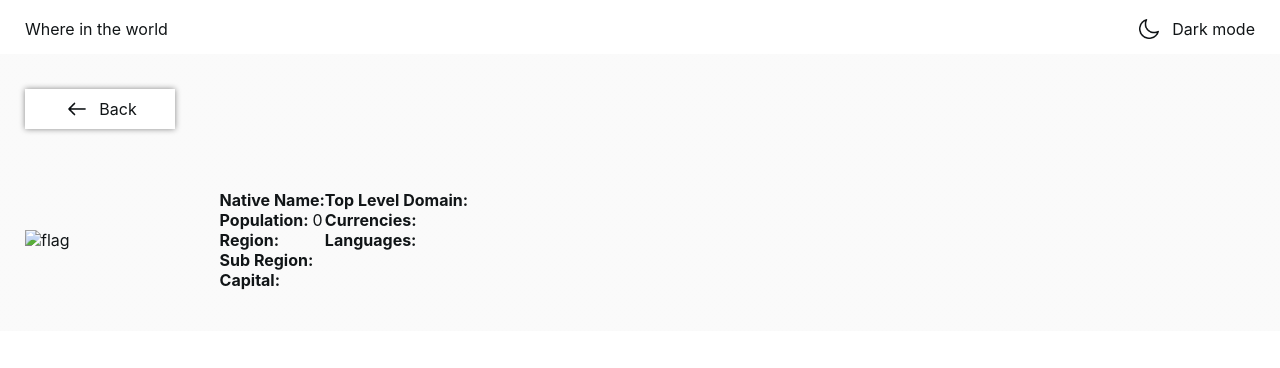
Repository: faithandjs/rest-countries-api
Page: /details
These files come from the project's save history. The page is drawn as it stood at one moment and after the next save; the edit follows.
The browser window is 1280 px wide. The pictures show the whole page.
The page's requests for data from a server got no answer. The project was rebuilt for these pictures with package versions that can differ from the ones it lists, and the page was loaded fresh each time. No one was signed in, and anything a server would have sent is missing. Also part of the build but not shown: src/components/home.tsx.

Above is the page before, as saved 2022-04-16 01:39:28.

### src/App.tsx
import React, {useContext} from 'react';
import Home from './components/home';
import Details from './components/details';
import Nav from './components/nav';
import { Routes, Route } from "react-router-dom"
import Parent, {Wrapper} from './components/parent'

function App() {
  return (
    <div className='app light' style={{height: '100%', width: '100%'}}>
      <Parent>
        <Nav/>
        <Routes >
          <Route path='/' element={<Home/>}/>
          <Route path='details' element={<Details/>}/>
        </Routes>
      </Parent>
    </div>
  );
}

export default App;

### src/components/details.tsx
import React, {useContext} from 'react';
import { useEffect } from 'react';
import { useState } from 'react';
import { Link } from "react-router-dom";
import {Wrapper} from './parent';
import {arrItem, contextType, detailsType} from './type'

//create state that is part of the redux ish that can be updated on click to
//1. change light and dark icons
//3. set paths and alt texts
function Details() {
    const {data, details, currentIcons, settingDetails } = useContext(Wrapper) as contextType
    const [lang, setLang] = useState<any[]>([])

    useEffect(
        ()=>{
            let arr:any[] = []
                Object.entries(details.languages).forEach(([key, value], index) => {
                arr.push(value)
        })
            setLang(arr)
        }, [details]
    )
    const borderClick = (testName:string) => {
        data.map((item )=> {
            if (item.name.common === testName){
                settingDetails(item)
            }
        })
    }
    const borderCheck = () => {
        if (details.borders.length === 0 || details.borders === undefined){
            return null
        }else{
            return(
            <div className='border'>
                <div className='border-title'>border countries: </div>
                <div className='borders'>
                    {details.borders.map((item, index) => {

                    return <div onClick={() => borderClick(item) }>{item }</div>
                        })}
                </div>
            </div>)
        }
    }
    return (
        <div className='details'>
            <Link to='/'><div className='back'><img src={currentIcons.arrow} alt='left arrow, back icon'/> <span>Back</span></div></Link>
            <div className='content'>
                <div className='flag'><img src={details.flag} alt='flag'/></div>
                <div className='moreContent'>
                    <div className='name'>{details.name} </div>
                    <div className='lists'>
                        <ul>
                            <li><span>Native name: </span>{details.nativeName}</li>
                            <li><span>Population: </span>{details.population}</li>
                            <li><span>region: </span>{details.region}</li>
                            <li><span>sub region: </span>{details.subRegion}</li>
                            <li><span>capital: </span>{details.capital}</li>
                        </ul>
                        <ul>
                            <li><span>top level domain: </span>{details.tld}</li>
                            <li><span>currencies: </span>{details.currencies.map((item, index) => {
                                    if(index === 0){
                                        return `${item}`
                                    }else{
                                        return `, ${item}`
                                    }
                                })}</li>
                            <li><span>languages: </span>
                                {lang.map((item, index) => {
                                    if(index === 0){
                                        return `${item}`
                                    }else{
                                        return `, ${item}`
                                    }
                                })}
                            </li>

                        </ul>
                    </div>
                    {borderCheck()}
                </div>
            </div>
        </div>
    );
}

export default Details;

### src/components/nav.tsx
import React, {useContext} from 'react';
import {Wrapper} from './parent';
import {contextType, currentIconsType} from './type'

function Nav() {
    const { currentIcons, changeClasses } = useContext(Wrapper) as contextType
//console.log(currentIcons)
    return (
        <div className='navbar'>
            <div>Where in the world</div>
            <div onClick={() => changeClasses()} className='mode-box'>
                <img src={currentIcons.src} alt='mode icon' />
                <span>Dark mode</span>
            </div>
        </div>
    );
}

export default Nav;

### src/components/parent.tsx
import React, { createContext, useRef, useState, useEffect, useMemo, Props, ClassAttributes } from 'react';
import arrowWhite from './images/next.png'
import arrowBlack from './images/next (1).png'
import mode from './images/sleep-mode (1).png'
import modeFill from './images/sleep-mode (2).png'
import {arrItem, contextType, detailsType, items, currentIconsType} from './type'

export const Wrapper = createContext<contextType | null>(null)
const { Provider } = Wrapper
const Parent: React.FC<React.ReactNode> =({children}) => {
    const axios = require('axios').default;
    const [data, setData] = useState<arrItem[]>([])
    const modeIcons = {
        dark: {
            mode: modeFill,
            arrow: arrowWhite,
            text: 'Dark Mode'
        },
        light: {
            mode: mode,
            arrow: arrowBlack,
            text: 'Light Mode'
        }
    }
    const [details, setDetails] = useState<detailsType>(
        {
        flag: '',
        name: '',
        nativeName: '',
        population: 0,
        region: '',
        subRegion: '',
        capital: [],
        tld: [],
        currencies: [],
        languages: {},
        borders: []
    })

    const getLSD = localStorage.getItem('countries-data-details')
    const getLS = localStorage.getItem('countries-data')
    const passed = useRef<boolean>(false)
    const passed1 = useRef<boolean>(false)
    const native = useRef<string>('')
    const currency = useRef<string[]>([])
    const [currentIcons, setCurrentIcons] = useState<currentIconsType>({
        src: modeIcons.light.mode,
        arrow: modeIcons.light.arrow,
        text:  modeIcons.light.text
    })
    const changeClasses = () => {
        const box = document.querySelector('.app')?.classList
        if(document.querySelector('.light')){
             box?.add('dark')
             box?.remove('light')
             setCurrentIcons({
                src: modeIcons.dark.mode,
                arrow: modeIcons.dark.arrow,
                text:  modeIcons.dark.text
             })
        }else if(document.querySelector('.dark' )){
            setCurrentIcons({
                src: modeIcons.light.mode,
                arrow: modeIcons.light.arrow,
                text:  modeIcons.light.text
             })
            box?.add('light')
            box?.remove('dark')
        }
     }
    const settingDetails = (obj:arrItem) => {
        data.map((item, index) => {
            if (item.name.common === obj.name.common){
            const active = data[index]
            const nativeNames = active.name.nativeName;
            Object.entries(nativeNames).forEach(([key, value], index) => {
                if (index === (Object.keys(nativeNames).length - 1)){
                    native.current = value.common
                }
              });
            let arr:string[] = []
            Object.entries(active.currencies).forEach(([key, value], index) => {
                arr.push(value.name)
            });
            let arr2:string[] = []
            if (active.borders){
                active.borders.map(item => {
                    let item1 = item
                    data.map(item => {
                        if (item.cca3 === item1){
                            arr2.push(item.name.common)
                        }
                    })
                })
            }
            setDetails({
                flag: active.flags.svg,
                name: active.name.common,
                nativeName: native.current,
                population: active.population,
                region: active.region,
                subRegion: active.subregion,
                capital: active.capital,
                tld: active.tld,
                currencies: arr,
                languages: active.languages,
                borders: arr2
            })
            }
        })

    }

    useEffect(
        () => {
            if(!passed.current){
                console.log(passed, 'lsd')
                if(  getLSD   ){
                    console.log(getLSD,JSON.parse(getLSD!).name !== '')
                    if(JSON.parse(getLSD!).name !== ''){
                        setDetails(JSON.parse(getLSD!))
                        console.log('here')
                    }
                }
            }
        },[]
    )
    useEffect(
        () => {
            if(passed.current){localStorage.setItem('countries-data-details', JSON.stringify(details))}
        }
    , [details])
    useEffect(
        () => {
            if(!passed.current){

            console.log(passed, 'ls')
                if( getLS === 'undefined' || getLS === null || getLS === '[]'){
                axios.get('https://restcountries.com/v3.1/all')
                .then(function (response:any) {
                    setData(response.data)
                })
                .catch(function (error:any) {
                    console.log(error);
                  })
                }else{
                    setData(JSON.parse(getLS))
                }
                passed.current = true;
            }
        }
            ,[])
    const value:contextType = useMemo(
        () => ({data, details, currentIcons, changeClasses, settingDetails})
        , [data, details, currentIcons, changeClasses, settingDetails]
    )
    return (
        <Provider value={value}>
           {children}
        </Provider>
    );
}
export default Parent;

### src/components/style/style.scss
$DarkBlue: hsl(209, 23%, 22%); // (Dark Mode Elements)
$VeryDarkBlue: hsl(207, 26%, 17%); //(Dark Mode Background)
$VeryDark: hsl(200, 15%, 8%); //(Light Mode Text)
$DarkGray: hsl(0, 0%, 52%); //(Light Mode Input)
$VeryLightGray: hsl(0, 0%, 98%); // (Light Mode Background)
$White: hsl(0, 0%, 100%); //(Dark Mode Text & Light Mode Elements)
$shadow: 0px 0px 1px 0.2px ;
@mixin theme ($bg, $element, $text, $shadowColor) {
    background: $bg;
    color: $text;
    background: linear-gradient(45deg, $bg, $bg) no-repeat fixed center;

    .navbar{
        background-color: $element;
    }
    a:-webkit-any-link{
        color: $text;
    }
    .details{
        .borders div, .back{
            background-color: $element;
        }
        .borders div{
            box-shadow: 0px 0px 3px 0.1px $shadowColor;
        }
        .back{
            box-shadow: 0px 0px 6px 0.2px $shadowColor;
        }
    }
    .home{
        form{
            div{
                box-shadow: $shadow $shadowColor;
                input{
                    background-color: $element;
                    color: $text;
                }
                background-color: $element;
            }
            select{
                box-shadow: $shadow $shadowColor;
                background-color: $element;
                color: $text;
            }
        }
        .all-flags{
            .a-flag{
                background-color: $element;
                box-shadow: $shadow $shadowColor;
            }
        }
    }

}
.dark{
    @include theme($VeryDarkBlue, $DarkBlue , $White, $VeryDark)
}
.light{
    @include theme($VeryLightGray, $White , $VeryDark, $DarkGray )
}
.app{
    //overflow: hidden;
}
.navbar{
    display: flex;
    justify-content: space-between;
    padding: 15px 25px;
    align-items: baseline;
    /*position: fixed;
    top: 0;
    left: 0;*/
    img{
        width: 20px;
        padding: 0 13px 0 1px ;
        position: relative;
        top: 4px;
    }
    //color at the bottom?
    //also this part is diffrent from background
}
.details {
    padding: 0 25px 25px;
    .back{
        width: 150px;
        height: 40px;
        margin: 35px 0 45px 0;
        text-align: center;
        display: flex;
        justify-content: center;
        align-items: center;
        img{
            transform: rotate(180deg) scale(0.15);
        }
        span{
            position: relative;
            left: -50px;
        }
        img, span{
            padding: 0 4px;
        }
    }
    .content{
        .flag{
            img{
                width: 500px;
                padding-right: 150px;
            }
        }
        display: flex;
        align-items: center;
        .moreContent{
            span, .border-title{
                font-weight: bold;
                text-transform: capitalize;
            }
            .name{
                font-weight: bold;
            }
            .lists{
                display: flex;
                justify-content: space-between;
                ul{
                    list-style-type: none;
                    padding-inline-start: 0;
                }
            }
            .border{
                display: flex;
                align-items: baseline;
                .borders{
                    display: flex;
                    flex-wrap: wrap;
                    div{
                        min-width: 100px;
                        margin: 0 10px 15px;
                        padding: 7px 12px;
                        text-align: center;
                    }
                }
            }
        }
    }
}
a:-webkit-any-link {
    text-decoration: none;
}
.mode-box:hover, select:hover, .border div:hover{
    cursor: pointer;
 }
.home{
    form{
        display: flex;
        justify-content: space-between;
        padding: 25px;
        input, select{
            outline: 0;
        }
        div{
            width: 300px;
            padding: 15px 7px;
            display: flex;
            border-radius: 4px;
            img{
                width: 17px;
                padding: 0 10px;
            }
            input{
                border: 0;
            }
        }
        select{
            border-radius: 4px;
            width: 130px;
            border: 0;
            padding: 15px 7px;
        }
    }
    .all-flags{
        display: flex;
        flex-wrap: wrap;
        justify-content: space-around;
        margin: 0 15px;
        .a-flag{
            margin: 0 15px 35px;
            //padding: 10px;
            width: 280px;
            height: 330px;
            border-radius: 7px;
            //background-color: $White; //set!!!!!!
            .flag-box{
                height: 170px;
                width: 100%;
                img{
                    width: -webkit-fill-available;
                    height: 100%;
                    object-fit: fill;
                    border-top-left-radius: 7px;
                    border-top-right-radius: 7px;
                }
            }
            .text{
                padding: 0 6px;
                span{
                    text-transform: capitalize;
                    font-weight: bold;
                }
            }
        }
    }//0px 0px 4px 0.3px hsl(200deg 15% 8%) box shadow
}

Loaded but not shown: src/index.tsx (common file); src/index.css (common file); src/reportWebVitals.ts (common file)

After the next save:
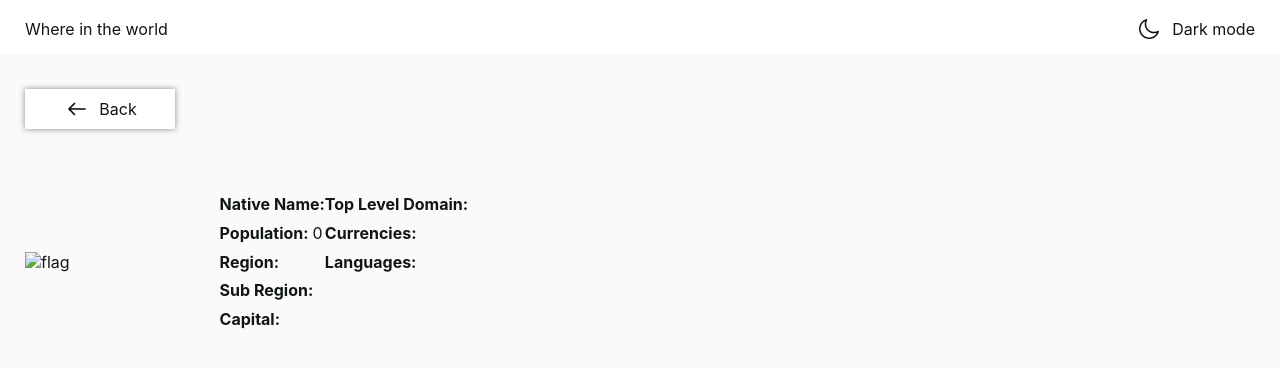
Saved 59 s later.
--- a/src/components/style/style.scss
+++ b/src/components/style/style.scss
@@ -119,6 +119,7 @@ $shadow: 0px 0px 1px 0.2px ;
             .lists{
                 display: flex;
                 justify-content: space-between;
+                line-height: 1.8;
                 ul{
                     list-style-type: none;
                     padding-inline-start: 0;
